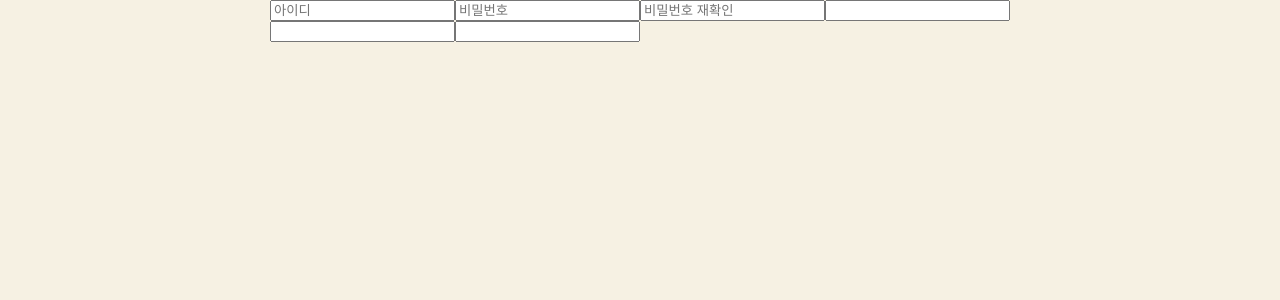
Repository: LeeYuNa0402/pokemon_vite
Page: /Createaccount
These files come from the project's save history. The page is drawn as it stood at one moment and after the next save; the edit follows.
The browser window is 1280 px wide. The pictures show the whole page.
The project was rebuilt for these pictures with package versions that can differ from the ones it lists, and the page was loaded fresh each time. Also part of the build but not shown: vite.config.ts, src/CombineMenu.tsx, src/Loading.tsx, src/PokemonList.tsx, src/App.tsx, src/css/pokemon_type.css, src/PokemonDetail.tsx, src/Login.tsx and 1 more.

Above is the page before, as saved 2023-10-17 12:41:27.

After the next save:
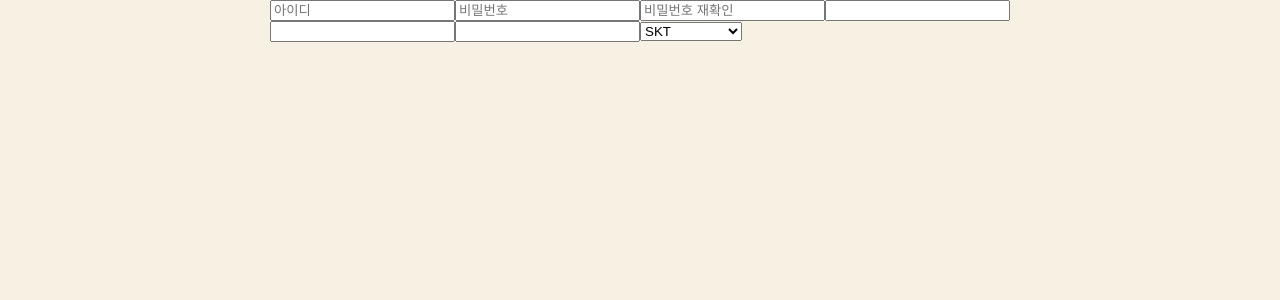
Saved 4 min 23 s later.
--- a/src/CreateAccount.tsx
+++ b/src/CreateAccount.tsx
@@ -11,6 +11,14 @@
       <form>
         <input type="text" />
         <input type="생년월일 8자리" />
+        <select>
+          <option>SKT</option>
+          <option>KT</option>
+          <option>LG U+</option>
+          <option>SKT 알뜰폰</option>
+          <option>KT 알뜰폰</option>
+          <option>LG U+ 알뜰폰</option>
+        </select>
       </form>
     </div>
   );
